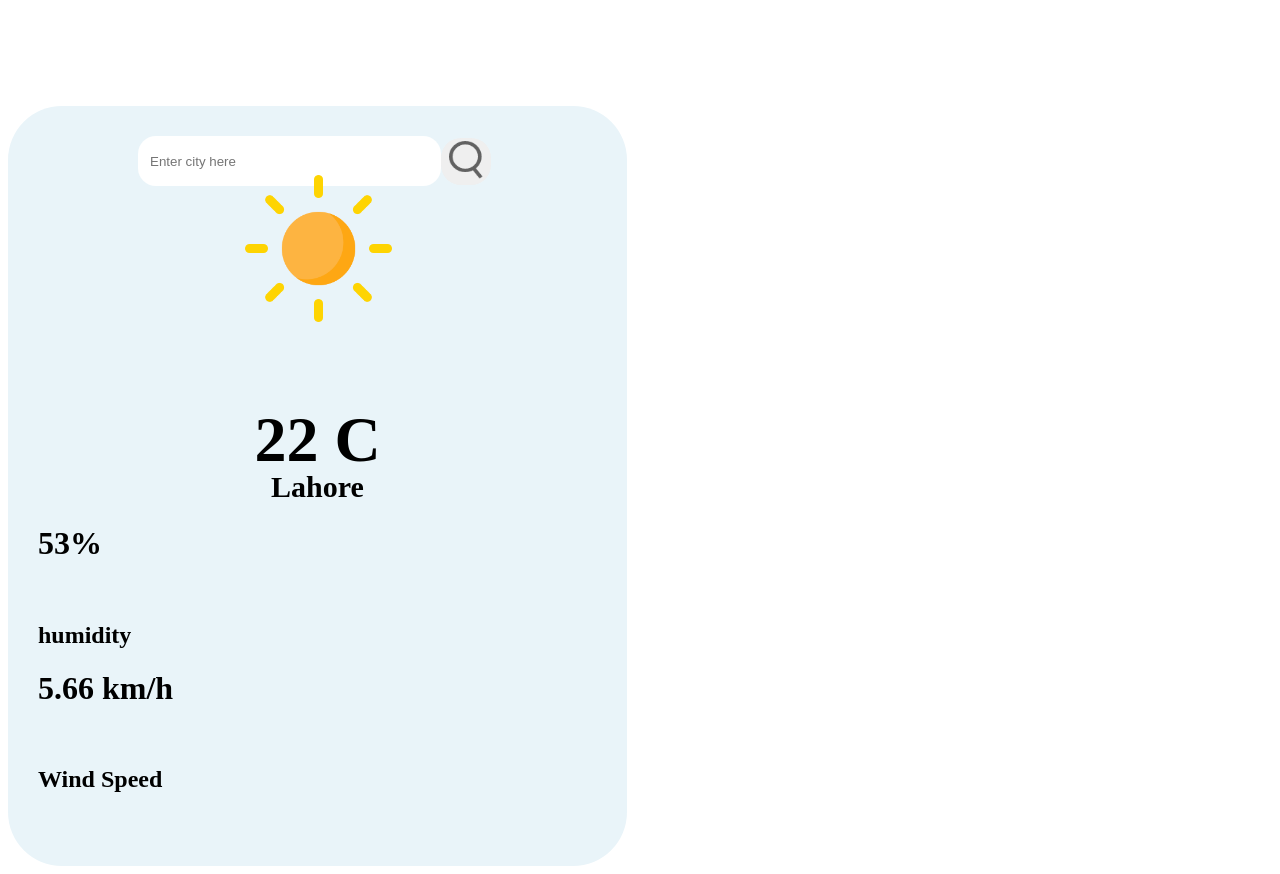
Repository: WajihaGul/Javascripts-Projects
Page: WEATHER APP/index.html
These files come from the project's save history. The page is drawn as it stood at one moment and after the next save; the edit follows.
The browser window is 1280 px wide. The pictures show the whole page.

Above is the page before, as saved 2024-06-07 15:58:42.
Not found: WEATHER APP/script.js

After the next save:
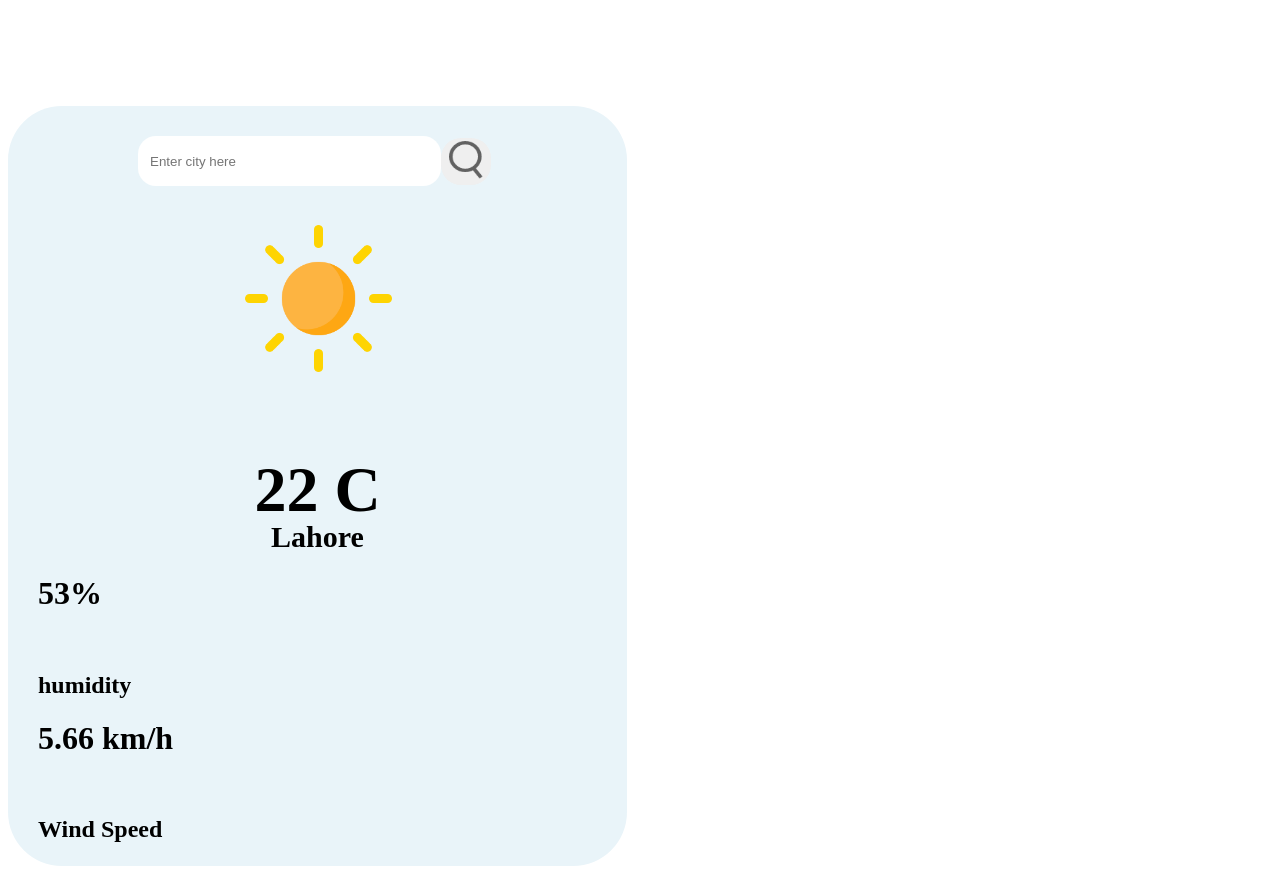
Saved 9 s later.
--- a/WEATHER APP/style.css
+++ b/WEATHER APP/style.css
@@ -42,7 +42,7 @@
 .weatherImg{
     display: flex;
     margin: 0 auto;
-    margin-top: -50px;
+
 }
 .cityName h1{
     display: flex;
